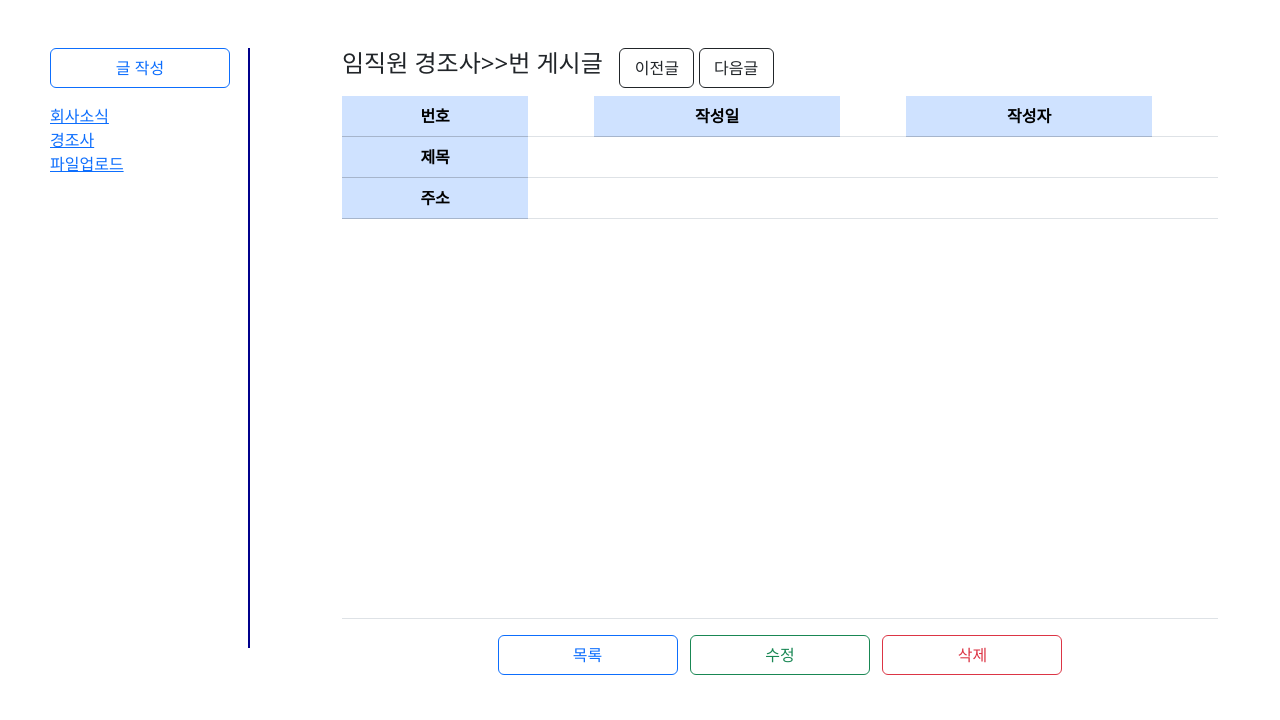
Repository: KimDongGyuu/final
Page: http://localhost/aceworks/WEB-INF/views/company_event/company_event_Content.jsp
These files come from the project's save history. The page is drawn as it stood at one moment and after the next save; the edit follows.
The browser window is 1280 px wide. The pictures show the whole page.
The page is served by Tomcat 9. Nobody is signed in. Other server files are loaded and not shown. The template is opened directly, without the code that normally fills it, so the values that code supplies are empty.

Above is the page before, as saved 2024-03-20 02:34:25.

### aceworks/src/main/webapp/WEB-INF/views/company_event/company_event_Content.jsp
<%@ page language="java" contentType="text/html; charset=UTF-8"
    pageEncoding="UTF-8"%>
<%@ include file="/WEB-INF/views/include/style.jsp"%>
<%@ taglib uri="http://java.sun.com/jsp/jstl/core" prefix="c"%>
<!DOCTYPE html>
<html>
<head>
<meta charset="UTF-8">
<title>Insert title here</title>
<style>
#left {
	width: 200px;
	height: 600px;
	float: left;
	border-right: 2px solid darkblue;
	margin-left: 50px;
}

#right {
	width: 900px;
	height: 600px;
	margin-left: 330px;
}

#bt {
	width: 180px;
	height: 40px;
}
#PNbt {
	width: 75px;
	height: 40px;
}

h3 {
	text-align: center;
}
</style>
</head>
<body>
<div>
	<div id="left">
		<button id="bt" type="button" class="btn btn-outline-primary"
				onclick="location.href='company_event_Writeform.do';">글 작성</button>
		<div class="mt-3"><a href="company_news_List.do?com_idx=${dto.getCom_idx()}">회사소식</a> <br> <a href="company_event_List.do?com_idx=${dto.getCom_idx()}">경조사</a> <br><a href="fileUploadForm.do">파일업로드</a></div>
	</div>

		<div id="right">

			<div class="container">
				<div class="mt-5 mb-2">
					<span class="h4">임직원 경조사&gt;&gt;${eventDto.event_idx }번 게시글</span>&nbsp;
					&nbsp;
					<button id="PNbt" type="button" class="btn btn-outline-dark"
						onclick="">이전글</button>
					<button id="PNbt" type="button" class="btn btn-outline-dark"
						onclick="">다음글</button>
				</div>

				<table width="1000" cellspacing="0" class="table">
					<tr align="center">
						<th class="table-primary">번호</th>
						<td>${eventDto.event_idx}</td>
						<th class="table-primary">작성일</th>
						<td>${eventDto.event_writedate }</td>
						<th class="table-primary">작성자</th>
						<td>${eventDto.event_writer }</td>
					</tr>
					<tr>
						<th class="text-center table-primary">제목</th>
						<td colspan="6">${eventDto.event_title }</td>
					</tr>
					<tr>
						<th class="text-center table-primary">주소</th>
						<td colspan="6">${eventDto.event_addr }</td>
					</tr>
					<tr height="400">
						<td colspan="6" align="left" valign="top">${eventDto.event_content }</td>
					</tr>
				</table>

				<div class="d-flex justify-content-center">
					<button id="bt" type="button" class="btn btn-outline-primary"
						onclick="location.href='company_event_List.do?com_idx=${dto.getCom_idx()}';">목록</button>
					&nbsp; &nbsp;
					<button id="bt" type="button" class="btn btn-outline-success"
						onclick="">수정</button>
					&nbsp; &nbsp;
					<button id="bt" type="button" class="btn btn-outline-danger"
						onclick="">삭제</button>
				</div>
			</div>
		</div>

</div>
</body>
</html>

### aceworks/src/main/webapp/WEB-INF/views/include/style.jsp
<%@ page language="java" contentType="text/html; charset=UTF-8"
    pageEncoding="UTF-8"%>
<!DOCTYPE html>
<html>
<head>
<meta charset="UTF-8">
<title>Insert title here</title>
<link
   href="https://cdn.jsdelivr.net/npm/bootstrap@5.3.3/dist/css/bootstrap.min.css"
   rel="stylesheet"
   integrity="sha384-QWTKZyjpPEjISv5WaRU9OFeRpok6YctnYmDr5pNlyT2bRjXh0JMhjY6hW+ALEwIH"
   crossorigin="anonymous">
<script
   src="https://cdn.jsdelivr.net/npm/bootstrap@5.3.3/dist/js/bootstrap.bundle.min.js"
   integrity="sha384-YvpcrYf0tY3lHB60NNkmXc5s9fDVZLESaAA55NDzOxhy9GkcIdslK1eN7N6jIeHz"
   crossorigin="anonymous"></script>
<script
   src="https://cdn.jsdelivr.net/npm/@popperjs/core@2.11.8/dist/umd/popper.min.js"
   integrity="sha384-I7E8VVD/ismYTF4hNIPjVp/Zjvgyol6VFvRkX/vR+Vc4jQkC+hVqc2pM8ODewa9r"
   crossorigin="anonymous"></script>
<script
   src="https://cdn.jsdelivr.net/npm/bootstrap@5.3.3/dist/js/bootstrap.min.js"
   integrity="sha384-0pUGZvbkm6XF6gxjEnlmuGrJXVbNuzT9qBBavbLwCsOGabYfZo0T0to5eqruptLy"
   crossorigin="anonymous"></script>
</head>
<body>

</body>
</html>

After the next save:
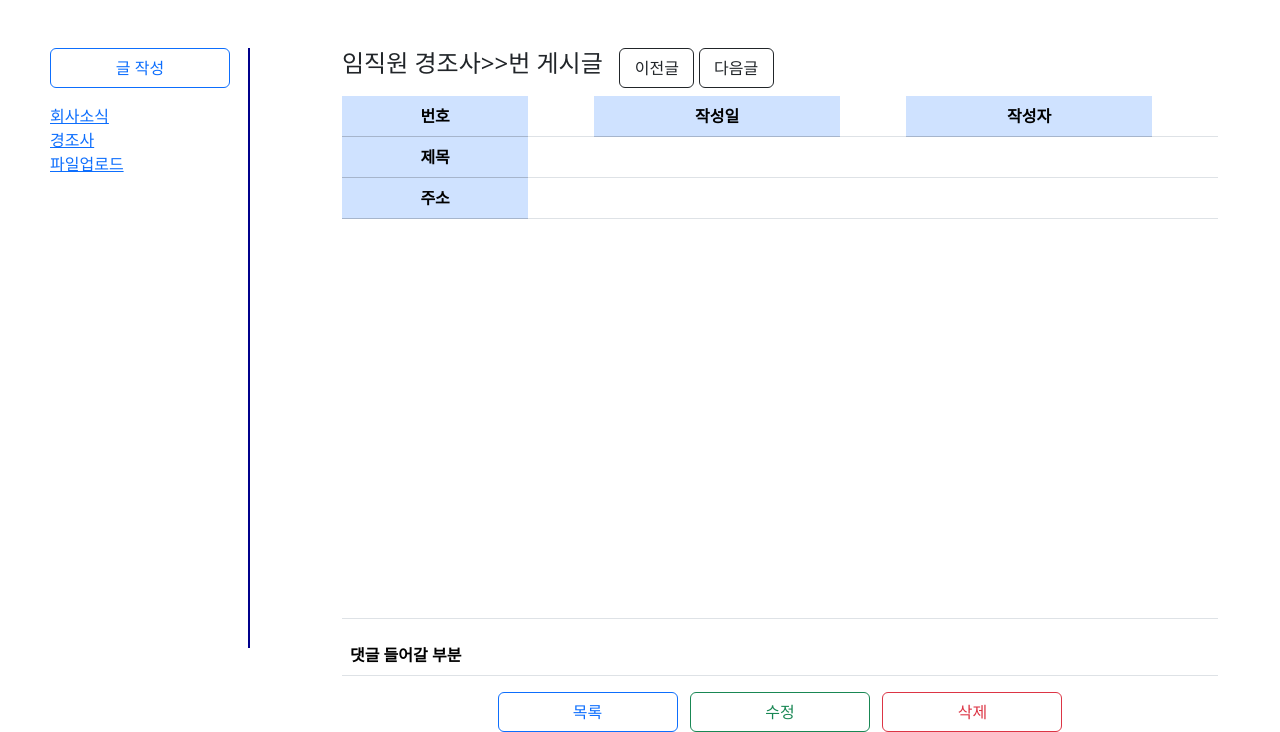
Saved 2 min 1 s later.
--- a/aceworks/src/main/webapp/WEB-INF/views/company_event/company_event_Content.jsp
+++ b/aceworks/src/main/webapp/WEB-INF/views/company_event/company_event_Content.jsp
@@ -77,6 +77,11 @@ h3 {
 						<td colspan="6" align="left" valign="top">${eventDto.event_content }</td>
 					</tr>
 				</table>
+				<table width="1000" cellspacing="0" class="table">
+				<tr>
+				<th>댓글 들어갈 부분</th>
+				</tr>
+				</table>
 
 				<div class="d-flex justify-content-center">
 					<button id="bt" type="button" class="btn btn-outline-primary"
